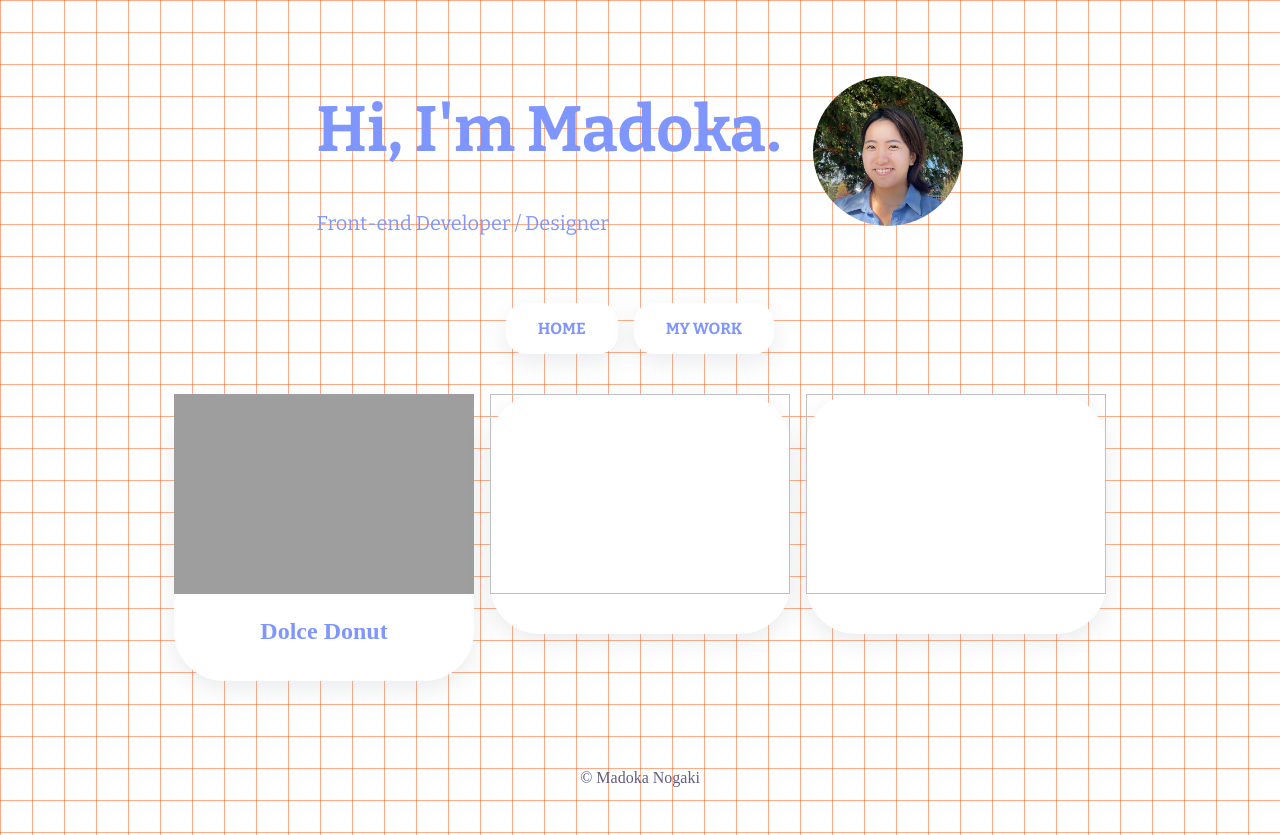
Repository: ohmaruko/portfolio
Page: /works
An editor plug-in stored every save of this project. The page is shown before and after a run of saves, followed by the edit.
The browser window is 1280 px wide. The pictures show the whole page.
Pictures or frames that could not be fetched are drawn as grey boxes. The project was rebuilt for these pictures with package versions that can differ from the ones it lists, and the page was loaded fresh each time. The framework's server and built-in components were replaced by stand-ins that run in the browser. Also part of the build but not shown: next.config.mjs.

Above is the page before, as saved 2024-02-17 22:47:46.

### pages/works.js

import styles from '../styles/Home.module.css'
import Image from 'next/image'
import Header from '@/components/Header'
import Footer from '@/components/Footer'
import { Open_Sans } from 'next/font/google'
import Box2 from '@/components/Box2'


const openSans = Open_Sans ({subsets: ['latin']})

export default function Works() {
  return (
    <>

      <head>
        <title>Madoka Nogaki Portfolio</title>
        <meta name="description" content="Portfolio page" />
        <meta name="viewport" content="width=device-width, initial-scale=1" />
        <link rel="icon" href="/favicon.png" />
      </head>

      <div className={styles.container}>
        <Header className={openSans.className}/>
        <main className={styles.outerContainer}>
          <div>
            <Box2 title='Dolce Donut' image='/images/dolcedonuts.png' url="/"/>
          </div>
          <div>
            <Box2 content={
                <div>
                    <h1>aaa</h1>
                </div>
            }/>
          </div>
          <div>
            <Box2 content={
                <div>
                    <h1>sss</h1>
                </div>
            }/>
          </div>
        </main>

        <div className={styles.outerContainer}>
          <Footer />
        </div>
      </div>

    </>
  )
}

### styles/globals.css
:root {
  --orange: #FF5714;
  --light-orange: rgba(255, 87, 20, 0.5);
  --blue: #7F96FF;
  --white: #fff;
  --text: #5e5e83;
  color: #5e5e83;

  --medium-font: 20px;
}

body {
  margin: 0;
}

p {
  font-size: 16px;
}

### styles/Home.module.css
.container {
  display: flex;
  flex-direction: column;
  align-items: center;
  min-height: 100vh;
  /* background */
  background-image:
    linear-gradient(to right, var(--light-orange) 1px, transparent 1px),
    linear-gradient(to bottom, var(--light-orange) 1px, transparent 1px);
  background-size: 2em 2em;
  width: 100%;
}
.header {
  width: 70%;
}
.outerContainer {
  display: flex;
  width: 70%;
  justify-content: center;
  margin: 2em auto;
}
.box1 {
  flex: 1;
  flex-basis: 60%;
}
.box2 {
  flex: 1;
  flex-basis: 40%;
}
.link {
  text-decoration: none;
  color: var(--text);
  display: flex;
  align-items: center;
  gap: 1rem;
}
.logo {
  fill: var(--blue);
}
.skill {
  display: flex;
  gap: 1rem;
}
.footer {
  margin: 2rem;
}
/* mobile */
/* @media (max-width: 800px){

} */

### components/Header/index.js
import styles from './Header.module.css'
import Image from 'next/image'
import Link from 'next/link'
import { Bitter } from 'next/font/google'
const bitter = Bitter ({subsets: ['latin']})

export default function Header() {
    return (
        <header className={`${styles.header}, ${bitter.className}`}>
            <div className={styles.banner}>
                <div>
                    <h1>Hi, I'm Madoka.</h1>
                    <p style={{fontSize:"var(--medium-font)"}}>Front-end Developer / Designer</p>
                </div>
                <Image src="/images/profile.png" alt="profile image" width={150} height={150} className={styles.img} />
            </div>
            <div className={styles.menu}>
                <Link href='/'>HOME</Link>
                <Link href='/works'>MY WORK</Link>
            </div>
        </header>

    )
}

### components/Footer/index.js
import styles from "./Footer.module.css"

export default function Footer() {
    return (
        <>
            <p>&copy; Madoka Nogaki</p>
        </>
    )
}

### components/Box2/index.js
import styles from "./Box2.module.css"
import Image from "next/image"
import Link from "next/link"

export default function Box2({
    title,
    image,
    url
}) {
    return (
        <div className={styles.box2}>
            <a href={url}>
                <Image src={image} width={300} height={200}/>
            </a>
            <h2 style={{color: "var(--blue)", textAlign: "center"}}>{title}</h2>
        </div>
    )
}

### components/Header/Header.module.css
.header {
    width: 100%;
}
.banner {
    font-size: 2em;
    color: var(--blue);
    display: flex;
    justify-content: center;
    align-items: center;
    gap: 2rem;
    margin: 3rem 0;
}
.img {
    border-radius: 50%;
}
.menu {
    display: flex;
    justify-content: center;
    gap: 1rem;
}
.menu a {
    text-decoration: none;
    color: var(--blue);
    font-weight: bold;
    background-color: var(--white);
    box-shadow: rgba(149, 157, 165, 0.2) 0px 8px 24px;
    border-radius: 20px;
    padding: 1rem 2rem;
}

### components/Box2/Box2.module.css
.box2 {
    background-color: var(--white);
    padding-bottom: 1rem;
    margin: 0.5em;
    border-radius: 50px;
    box-shadow: rgba(149, 157, 165, 0.2) 0px 8px 24px;
}

Loaded but not shown: pages/_app.js (common file); pages/_document.js (common file); components/Footer/Footer.module.css (no stored copy; drawn as an empty file)

After the next 2 saves:
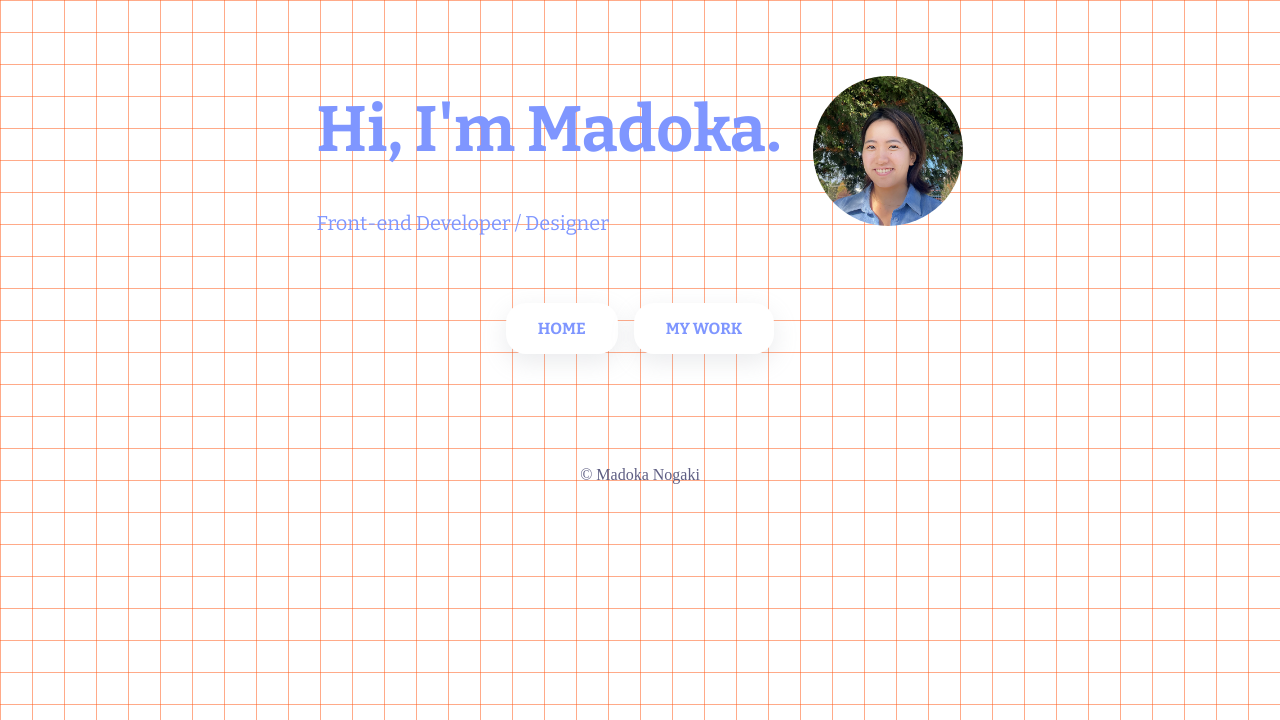
The 2 saves are shown as one change because they came seconds apart.
The last was saved 12 s later.
--- a/pages/works.js
+++ b/pages/works.js
@@ -23,23 +23,10 @@ export default function Works() {
       <div className={styles.container}>
         <Header className={openSans.className}/>
         <main className={styles.outerContainer}>
-          <div>
+          {/* <div>
             <Box2 title='Dolce Donut' image='/images/dolcedonuts.png' url="/"/>
-          </div>
-          <div>
-            <Box2 content={
-                <div>
-                    <h1>aaa</h1>
-                </div>
-            }/>
-          </div>
-          <div>
-            <Box2 content={
-                <div>
-                    <h1>sss</h1>
-                </div>
-            }/>
-          </div>
+          </div> */}
+
         </main>
 
         <div className={styles.outerContainer}>
